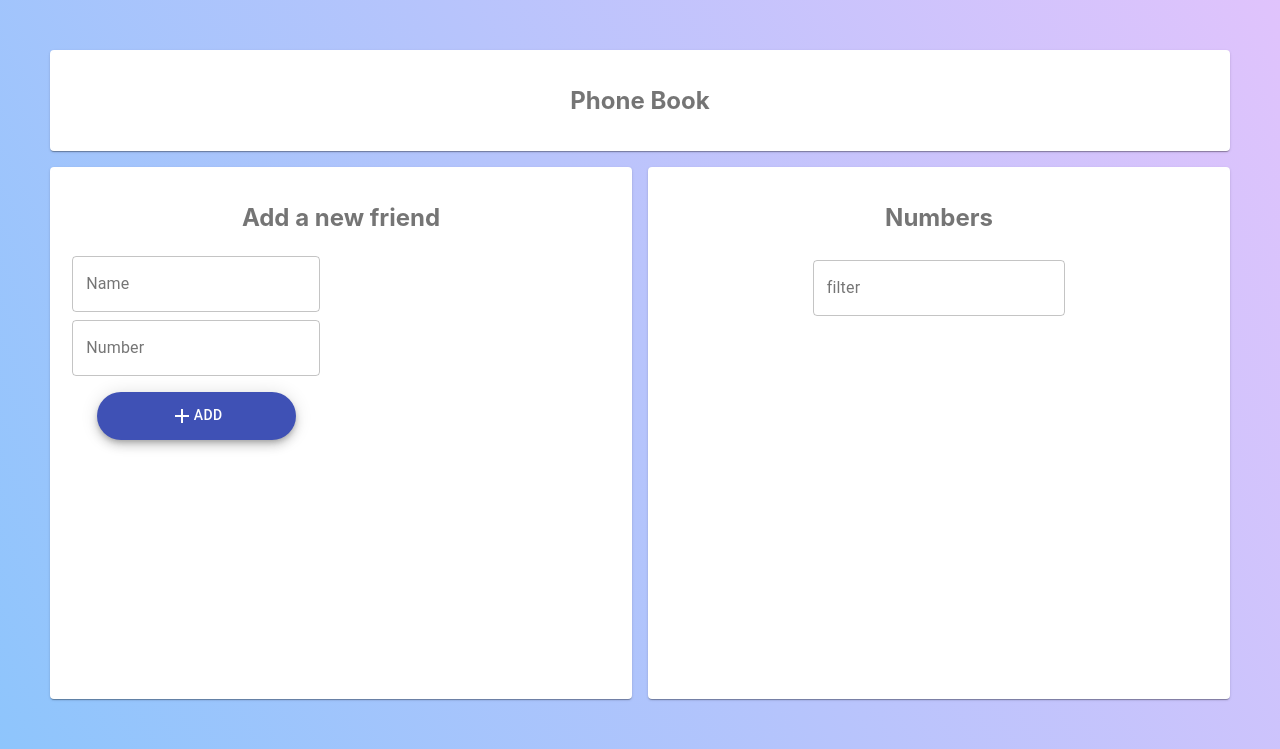
Repository: StacyLafume/phone-book
Page: / (app in phone-book/)
These files come from the project's save history. The page is drawn as it stood at one moment and after the next save; the edit follows.
The browser window is 1280 px wide. The pictures show the whole page.
The page's requests for data from a server got no answer. The project was rebuilt for these pictures with package versions that can differ from the ones it lists, and the page was loaded fresh each time. No one was signed in, and anything a server would have sent is missing. Also part of the build but not shown: phone-book/src/PhoneBook.js.

Above is the page before, as saved 2021-04-02 02:21:08.

After the next save:
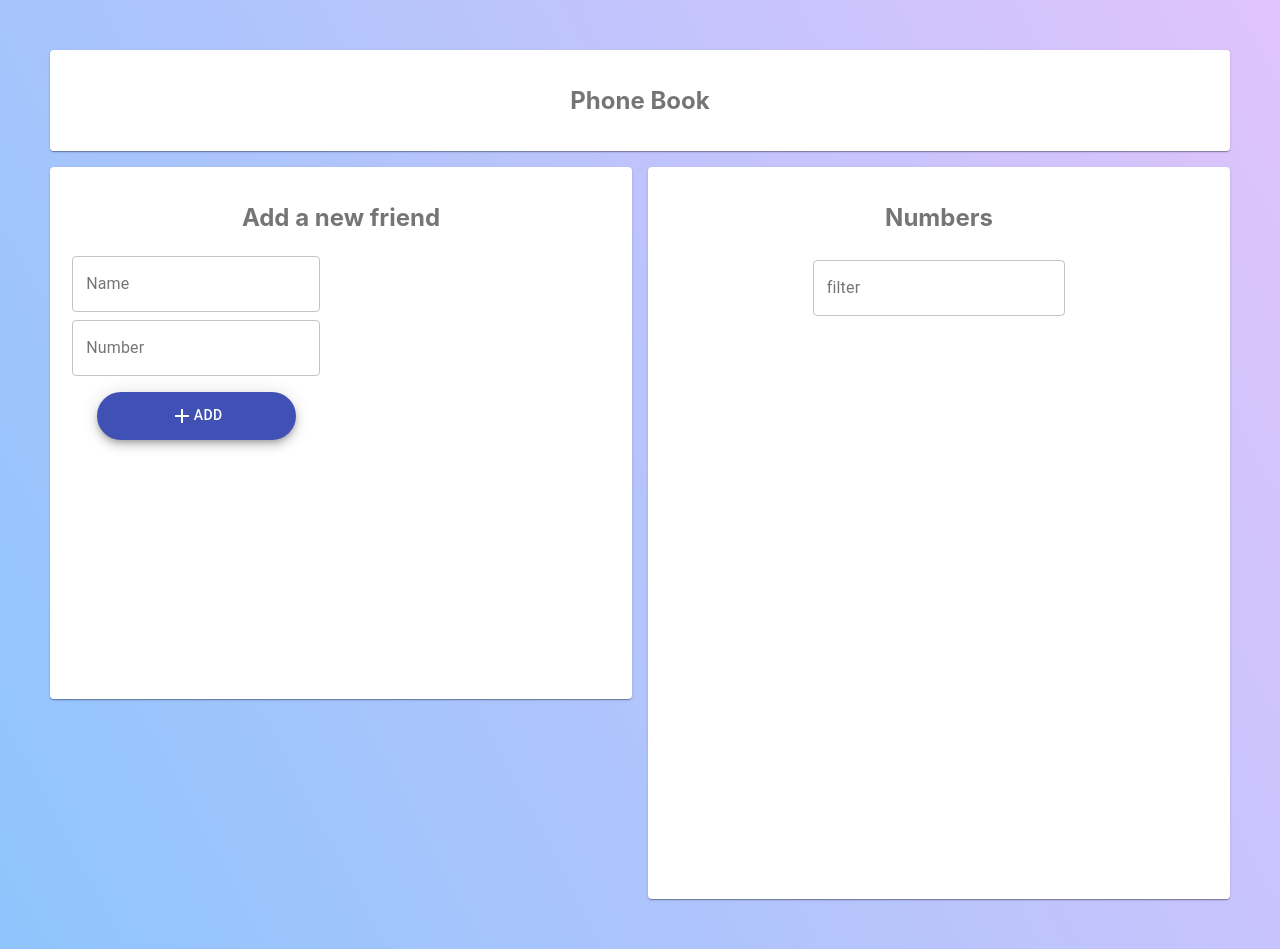
Saved 34 s later.
--- a/phone-book/src/App.js
+++ b/phone-book/src/App.js
@@ -31,7 +31,7 @@ const App = () => {
       justifyItems: 'center',
       color: theme.palette.text.secondary,
       overflow: 'auto',
-      height: 500,
+      height: 700,
 
     },
     header1: {
